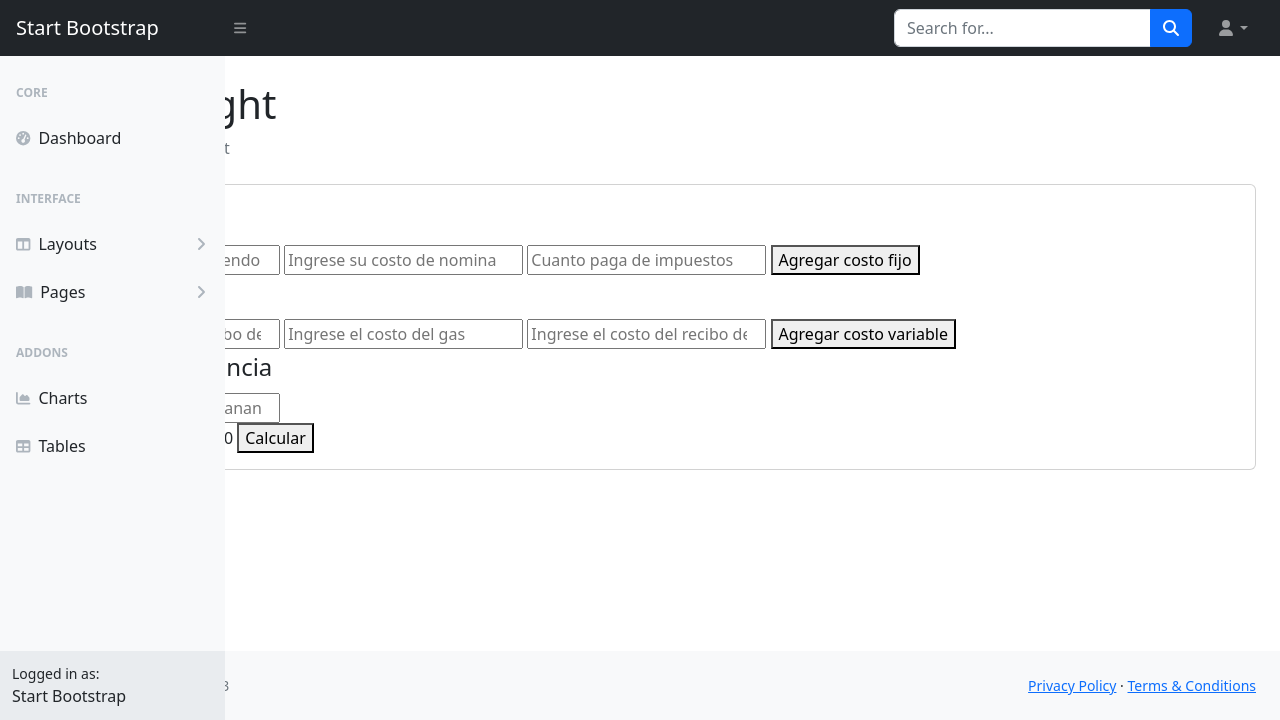
Repository: EstefaMH/Dashboard
Page: costs.html
These files come from the project's save history. The page is drawn as it stood at one moment and after a run of saves; the edit follows.
The browser window is 1280 px wide. The pictures show the whole page.
Some web libraries are served in a nearby version.

Above is the page before, as saved 2023-12-25 18:42:35.

### costs.html
<!DOCTYPE html>
<html lang="en">
    <head>
        <meta charset="utf-8" />
        <meta http-equiv="X-UA-Compatible" content="IE=edge" />
        <meta name="viewport" content="width=device-width, initial-scale=1, shrink-to-fit=no" />
        <meta name="description" content="" />
        <meta name="author" content="" />
        <title>Sidenav Light - SB Admin</title>
        <link href="styles/styles.css" rel="stylesheet" />
        <script src="https://use.fontawesome.com/releases/v6.3.0/js/all.js" crossorigin="anonymous"></script>
    </head>
    <body class="sb-nav-fixed">
        <nav class="sb-topnav navbar navbar-expand navbar-dark bg-dark">
            <!-- Navbar Brand-->
            <a class="navbar-brand ps-3" href="index.html">Start Bootstrap</a>
            <!-- Sidebar Toggle-->
            <button class="btn btn-link btn-sm order-1 order-lg-0 me-4 me-lg-0" id="sidebarToggle" href="#!"><i class="fas fa-bars"></i></button>
            <!-- Navbar Search-->
            <form class="d-none d-md-inline-block form-inline ms-auto me-0 me-md-3 my-2 my-md-0">
                <div class="input-group">
                    <input class="form-control" type="text" placeholder="Search for..." aria-label="Search for..." aria-describedby="btnNavbarSearch" />
                    <button class="btn btn-primary" id="btnNavbarSearch" type="button"><i class="fas fa-search"></i></button>
                </div>
            </form>
            <!-- Navbar-->
            <ul class="navbar-nav ms-auto ms-md-0 me-3 me-lg-4">
                <li class="nav-item dropdown">
                    <a class="nav-link dropdown-toggle" id="navbarDropdown" href="#" role="button" data-bs-toggle="dropdown" aria-expanded="false"><i class="fas fa-user fa-fw"></i></a>
                    <ul class="dropdown-menu dropdown-menu-end" aria-labelledby="navbarDropdown">
                        <li><a class="dropdown-item" href="#!">Settings</a></li>
                        <li><a class="dropdown-item" href="#!">Activity Log</a></li>
                        <li><hr class="dropdown-divider" /></li>
                        <li><a class="dropdown-item" href="#!">Logout</a></li>
                    </ul>
                </li>
            </ul>
        </nav>
        <div id="layoutSidenav">
            <div id="layoutSidenav_nav">
                <nav class="sb-sidenav accordion sb-sidenav-light" id="sidenavAccordion">
                    <div class="sb-sidenav-menu">
                        <div class="nav">
                            <div class="sb-sidenav-menu-heading">Core</div>
                            <a class="nav-link" href="index.html">
                                <div class="sb-nav-link-icon"><i class="fas fa-tachometer-alt"></i></div>
                                Dashboard
                            </a>
                            <div class="sb-sidenav-menu-heading">Interface</div>
                            <a class="nav-link collapsed" href="#" data-bs-toggle="collapse" data-bs-target="#collapseLayouts" aria-expanded="false" aria-controls="collapseLayouts">
                                <div class="sb-nav-link-icon"><i class="fas fa-columns"></i></div>
                                Layouts
                                <div class="sb-sidenav-collapse-arrow"><i class="fas fa-angle-down"></i></div>
                            </a>
                            <div class="collapse" id="collapseLayouts" aria-labelledby="headingOne" data-bs-parent="#sidenavAccordion">
                                <nav class="sb-sidenav-menu-nested nav">
                                    <a class="nav-link" href="layout-static.html">Static Navigation</a>
                                    <a class="nav-link" href="layout-sidenav-light.html">Light Sidenav</a>
                                </nav>
                            </div>
                            <a class="nav-link collapsed" href="#" data-bs-toggle="collapse" data-bs-target="#collapsePages" aria-expanded="false" aria-controls="collapsePages">
                                <div class="sb-nav-link-icon"><i class="fas fa-book-open"></i></div>
                                Pages
                                <div class="sb-sidenav-collapse-arrow"><i class="fas fa-angle-down"></i></div>
                            </a>
                            <div class="collapse" id="collapsePages" aria-labelledby="headingTwo" data-bs-parent="#sidenavAccordion">
                                <nav class="sb-sidenav-menu-nested nav accordion" id="sidenavAccordionPages">
                                    <a class="nav-link collapsed" href="#" data-bs-toggle="collapse" data-bs-target="#pagesCollapseAuth" aria-expanded="false" aria-controls="pagesCollapseAuth">
                                        Authentication
                                        <div class="sb-sidenav-collapse-arrow"><i class="fas fa-angle-down"></i></div>
                                    </a>
                                    <div class="collapse" id="pagesCollapseAuth" aria-labelledby="headingOne" data-bs-parent="#sidenavAccordionPages">
                                        <nav class="sb-sidenav-menu-nested nav">
                                            <a class="nav-link" href="login.html">Login</a>
                                            <a class="nav-link" href="register.html">Register</a>
                                            <a class="nav-link" href="password.html">Forgot Password</a>
                                        </nav>
                                    </div>
                                    <a class="nav-link collapsed" href="#" data-bs-toggle="collapse" data-bs-target="#pagesCollapseError" aria-expanded="false" aria-controls="pagesCollapseError">
                                        Error
                                        <div class="sb-sidenav-collapse-arrow"><i class="fas fa-angle-down"></i></div>
                                    </a>
                                    <div class="collapse" id="pagesCollapseError" aria-labelledby="headingOne" data-bs-parent="#sidenavAccordionPages">
                                        <nav class="sb-sidenav-menu-nested nav">
                                            <a class="nav-link" href="401.html">401 Page</a>
                                            <a class="nav-link" href="404.html">404 Page</a>
                                            <a class="nav-link" href="500.html">500 Page</a>
                                        </nav>
                                    </div>
                                </nav>
                            </div>
                            <div class="sb-sidenav-menu-heading">Addons</div>
                            <a class="nav-link" href="charts.html">
                                <div class="sb-nav-link-icon"><i class="fas fa-chart-area"></i></div>
                                Charts
                            </a>
                            <a class="nav-link" href="tables.html">
                                <div class="sb-nav-link-icon"><i class="fas fa-table"></i></div>
                                Tables
                            </a>
                        </div>
                    </div>
                    <div class="sb-sidenav-footer">
                        <div class="small">Logged in as:</div>
                        Start Bootstrap
                    </div>
                </nav>
            </div>
            <div id="layoutSidenav_content">
                <main>
                    <div class="container-fluid px-4">
                        <h1 class="mt-4">Sidenav Light</h1>
                        <ol class="breadcrumb mb-4">
                            <li class="breadcrumb-item"><a href="index.html">Dashboard</a></li>
                            <li class="breadcrumb-item active">Sidenav Light</li>
                        </ol>
                        <div class="card mb-4">
                            <div class="card-body">
                                <form name="form_costs" class="form_costs"  id="form_costs" onsubmit="submitFormCosts()" >
                                    <fieldset id="fixed_costs_container" class="costs_fieldset">
                                        <legend>Costos Fijos</legend>
                                        <input required min="0" name="arriendo" type="number"  placeholder="Ingrese el costo del arriendo" />
                                        <input required min="0" name="nomina" type="number"  placeholder="Ingrese su costo de nomina" />
                                        <input required min="0" name="impuestos" type="number"  placeholder="Cuanto paga de impuestos" />
                                        <button onclick="addCost('fixed_costs_container')" id="add_fixed_cost">Agregar costo fijo</button>
                                    </fieldset>

                                    <fieldset id="variable_costs_container" class="costs_fieldset">
                                        <legend>Costos Variables</legend>
                                        <input required min="0" name="agua" type="number"  placeholder="Ingrese el costo del recibo del agua" />
                                        <input required min="0" name="gas" type="number"  placeholder="Ingrese el costo del gas" />
                                        <input required min="0" name="luz" type="number" placeholder="Ingrese el costo del recibo de la luz" />
                                        <button onclick="addCost('variable_costs_container')" id="add_variable_cost">Agregar costo variable</button>
                                    </fieldset>

                                    <fieldset id="" class="costs_fieldset">
                                        <legend>Margen de ganancia</legend>
                                        <input required min="0" name="agua" type="number"  placeholder="Ingrese su margen de ganancia" />
                                    </fieldset>

                                    <input id="range" type="range" value="0" step="1" min="0" max="10000" onchange="getRange()"/>
                                    <label>Value: <span id="value_range" >0</span></label>



                                    <button type="submit"  class="btn_form_costs">Calcular</button>
                                </form>
                            </div>
                        </div>
                    </div>
                </main>
                <footer class="py-4 bg-light mt-auto">
                    <div class="container-fluid px-4">
                        <div class="d-flex align-items-center justify-content-between small">
                            <div class="text-muted">Copyright &copy; Your Website 2023</div>
                            <div>
                                <a href="#">Privacy Policy</a>
                                &middot;
                                <a href="#">Terms &amp; Conditions</a>
                            </div>
                        </div>
                    </div>
                </footer>
            </div>
        </div>
        <script src="https://cdn.jsdelivr.net/npm/bootstrap@5.2.3/dist/js/bootstrap.bundle.min.js" crossorigin="anonymous"></script>
        <script src="js/scripts.js"></script>
    </body>
</html>

### js/scripts.js
/*!
    * Start Bootstrap - SB Admin v7.0.7 (https://startbootstrap.com/template/sb-admin)
    * Copyright 2013-2023 Start Bootstrap
    * Licensed under MIT (https://github.com/StartBootstrap/startbootstrap-sb-admin/blob/master/LICENSE)
    */
    //
// Scripts
//

window.addEventListener('DOMContentLoaded', event => {

    // Toggle the side navigation
    const sidebarToggle = document.body.querySelector('#sidebarToggle');
    if (sidebarToggle) {
        // Uncomment Below to persist sidebar toggle between refreshes
        // if (localStorage.getItem('sb|sidebar-toggle') === 'true') {
        //     document.body.classList.toggle('sb-sidenav-toggled');
        // }
        sidebarToggle.addEventListener('click', event => {
            event.preventDefault();
            document.body.classList.toggle('sb-sidenav-toggled');
            localStorage.setItem('sb|sidebar-toggle', document.body.classList.contains('sb-sidenav-toggled'));
        });
    }

});

Loaded but not shown: styles/styles.css (library)

After the next 6 saves:
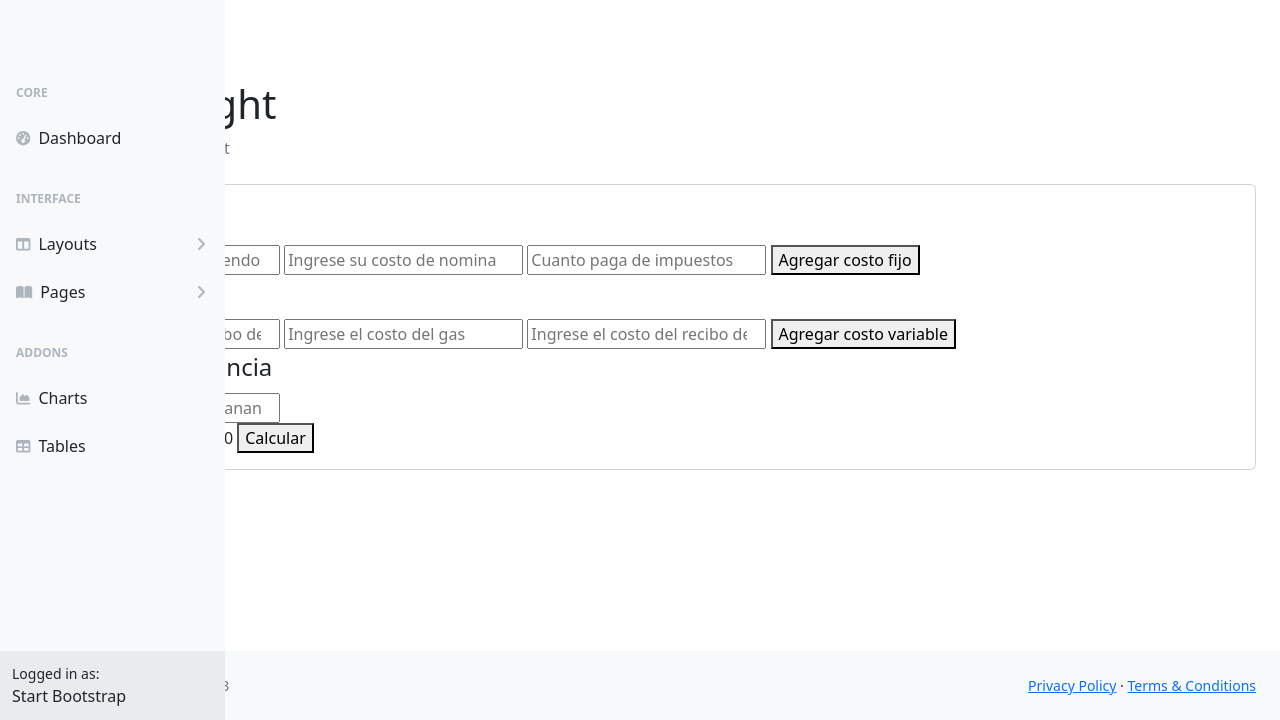
The 6 saves are shown as one change because they came seconds apart.
The last was saved 7 min 21 s later.
--- a/costs.html
+++ b/costs.html
@@ -11,31 +11,7 @@
         <script src="https://use.fontawesome.com/releases/v6.3.0/js/all.js" crossorigin="anonymous"></script>
     </head>
     <body class="sb-nav-fixed">
-        <nav class="sb-topnav navbar navbar-expand navbar-dark bg-dark">
-            <!-- Navbar Brand-->
-            <a class="navbar-brand ps-3" href="index.html">Start Bootstrap</a>
-            <!-- Sidebar Toggle-->
-            <button class="btn btn-link btn-sm order-1 order-lg-0 me-4 me-lg-0" id="sidebarToggle" href="#!"><i class="fas fa-bars"></i></button>
-            <!-- Navbar Search-->
-            <form class="d-none d-md-inline-block form-inline ms-auto me-0 me-md-3 my-2 my-md-0">
-                <div class="input-group">
-                    <input class="form-control" type="text" placeholder="Search for..." aria-label="Search for..." aria-describedby="btnNavbarSearch" />
-                    <button class="btn btn-primary" id="btnNavbarSearch" type="button"><i class="fas fa-search"></i></button>
-                </div>
-            </form>
-            <!-- Navbar-->
-            <ul class="navbar-nav ms-auto ms-md-0 me-3 me-lg-4">
-                <li class="nav-item dropdown">
-                    <a class="nav-link dropdown-toggle" id="navbarDropdown" href="#" role="button" data-bs-toggle="dropdown" aria-expanded="false"><i class="fas fa-user fa-fw"></i></a>
-                    <ul class="dropdown-menu dropdown-menu-end" aria-labelledby="navbarDropdown">
-                        <li><a class="dropdown-item" href="#!">Settings</a></li>
-                        <li><a class="dropdown-item" href="#!">Activity Log</a></li>
-                        <li><hr class="dropdown-divider" /></li>
-                        <li><a class="dropdown-item" href="#!">Logout</a></li>
-                    </ul>
-                </li>
-            </ul>
-        </nav>
+        <navbar-component
         <div id="layoutSidenav">
             <div id="layoutSidenav_nav">
                 <nav class="sb-sidenav accordion sb-sidenav-light" id="sidenavAccordion">
